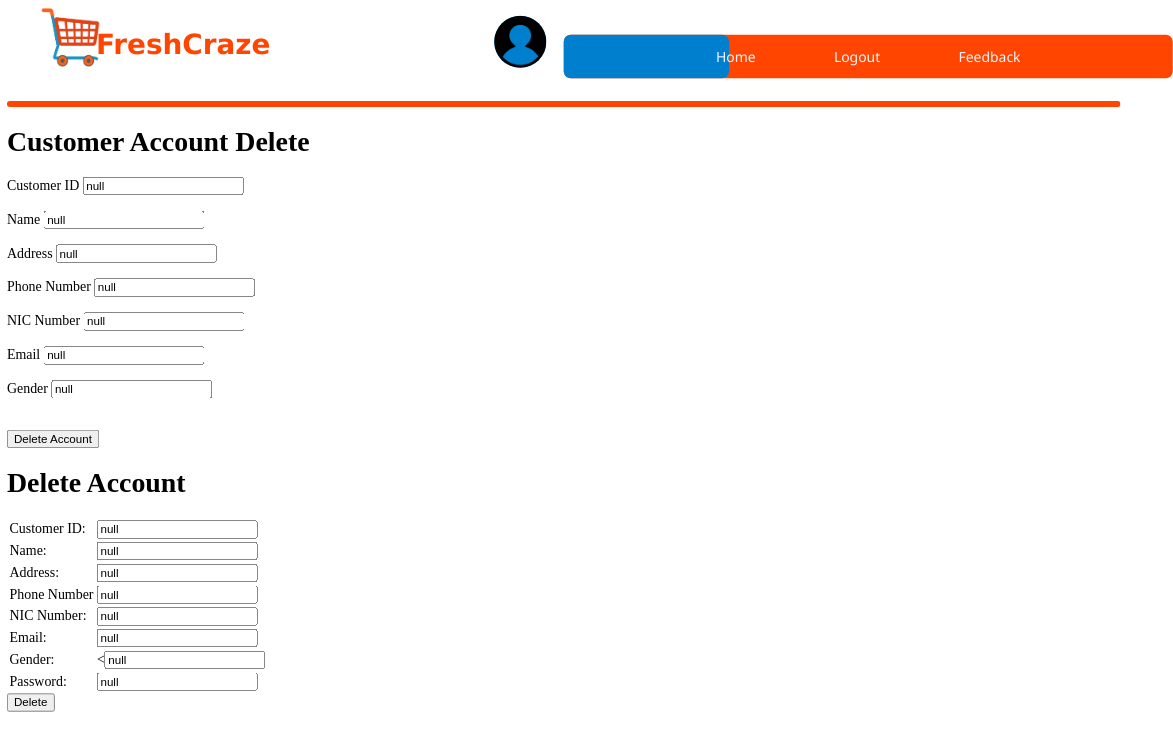
Repository: chamarac2002/FreshCraze
Page: http://localhost/CustomerDemo/deletecustomer.jsp
These files come from the project's save history. The page is drawn as it stood at one moment and after the next save; the edit follows.
The browser window is 1280 px wide. The page is 1348 px wide, so the pictures cover 1348 px, including what lies to the right of the window. The pictures show the whole page, at 87% of full size.
The page is served by Tomcat 9. Nobody is signed in. The application's start-up code is not run. Other server files are loaded and not shown.

Above is the page before, as saved 2024-05-11 07:48:39.

### CustomerDemo/src/main/webapp/deletecustomer.jsp
<%@ page language="java" contentType="text/html; charset=ISO-8859-1"
    pageEncoding="ISO-8859-1"%>
<!DOCTYPE html>
<html lang="en">
<head>
    <meta charset="UTF-8">
    <meta name="viewport" content="width=device-width, initial-scale=1.0">
    <title>Home Page</title>

    <link rel="stylesheet" href="Styles/deleteStyle.css">
</head>

<body>

<img src="images\logo.png" class="logo" >

<a href="profile.jsp">
<img src="images\user.png" class="user">
</a>

    <h1 class="logo_topic">FreshCraze</h1>

    <nav class="navbar">
        <a href="HomePageAL.jsp">Home</a>
        <a href="HomePage.jsp">Logout</a>
        <a href="link">Feedback</a>
        <span></span>
    </nav>

<hr class="topic_line">

	<%
		String id = request.getParameter("id");
		String name = request.getParameter("name");
		String address = request.getParameter("address");
		String phone = request.getParameter("phone");
		String nic = request.getParameter("nic");
		String email = request.getParameter("email");
		String gender = request.getParameter("gender");
		String password = request.getParameter("pass");
	%>

	<h1>Customer Account Delete</h1>

	<form action="delete" method="post">
		Customer ID <input type="text" name="id" value="<%= id %>" readonly><br><br>
		Name <input type="text" name="name" value="<%= name %>" readonly><br><br>
		Address <input type="text" name="address" value="<%= address %>"readonly><br><br>
		Phone Number <input type="tel" name="phone" value="<%= phone %>"readonly><br><br>
		NIC Number <input type="text" name="nic" value="<%= nic %>"readonly><br><br>
		Email <input type="email" name="email" value="<%= email %>"readonly><br><br>
		Gender <input type="text" name="gender" value="<%= gender %>"readonly><br><br><br>

		<input type="submit" name="submit" value="Delete Account">
	</form>



<h1 class = "head">Delete Account</h1>

<form action="update" method="post">
	<table class = "table">

   		<tbody>
        <tr>
			<td>Customer ID:</td>
			<td><input type="text" name="id" value="<%= id %>" readonly></td>
		</tr>
		<tr class="active-row">
			<td>Name:</td>
			<td><input type="text" name="name" value="<%= name %>" readonly></td>
		</tr>
		<tr>
			<td>Address:</td>
			<td><input type="text" name="address" value="<%= address %>" readonly></td>
		</tr>
		<tr class="active-row">
			<td>Phone Number</td>
			<td><input type="tel" name="phone" value="<%= phone %>" readonly></td>
		</tr>
		<tr>
			<td>NIC Number:</td>
			<td><input type="text" name="nic" value="<%= nic %>" readonly></td>
		</tr>
		<tr class="active-row">
			<td>Email:</td>
			<td><input type="email" name="email" value="<%= email %>" readonly></td>
		</tr>
		<tr>
			<td>Gender:</td>
			<td><<input type="text" name="gender" value="<%= gender %>"readonly></td>
		</tr>
		<tr class="active-row">
			<td>Password:</td>
			<td><input type="text" name="pass" value="<%= password %>" readonly></td>
		</tr>
    </tbody>
	</table>
	<input type="submit" name="submit" class="sub" value="Delete"><br><br><br>
</form>


























</body>
</html>

### CustomerDemo/src/main/webapp/Styles/deleteStyle.css
body{
    background-color: #ffffff;
    background-repeat: no-repeat;
    background-attachment: fixed;
    background-position: center;
    width: 100%;
}

.logo{
    width: 70px;
    height: 70px;
    margin-left: 3%;
}

.user{
    width: 60px;
    height: 60px;
    margin-left: 35%;
    background-color: rgb(0, 127, 206);
    border-radius: 30px;
}



.logo_topic{
    font-family: verdana;
    margin-left: 8%;
    margin-top: -3.9%;
    color: orangered;
}

.navbar{
    margin-left:50%;
    margin-top:-4%;
    padding: 0;
    box-sizing: border-box;
    font-family: 'Segoe UI';
    display: flex;
    justify-content:center;
    align-items: center;
    min-height: 5vh;

    position:relative;
    background-color: orangered;
    border-radius: 8px;
    width: 700px;
    height: 50px;
    display: flex;
}

nav a{
    position: relative;
    display: inline-block;
    font-size: 1em;
    font-weight: 500;
    color: aliceblue;
    text-decoration: none;
    padding: 45px;
    z-index: 1;
}

nav span{
    position: absolute;
    top: 0;
    left: 0;
    width: 190px;
    height: 100%;
    background-color:rgb(0, 127, 206);
    border-radius: 8px;
    transition: .3s;
}

nav a:nth-child(1):hover~span{
    left: 0;
    width: 190px;
}

nav a:nth-child(2):hover~span{
    left: 190px;
    width: 150px;
}

nav a:nth-child(3):hover~span{
    left:330px;
    width: 150px;
}

nav a:nth-child(4):hover~span{
    left: 470px;
    width: 230px;
}

.topic_line{
    border: none;
    margin-top: 2%;
    border-top: 7px solid orangered;
    border-radius: 10px;
}

.help_button{
    box-shadow:0 0 15px rgb(0, 127, 206),0 0 25px rgb(0, 127, 206);
    border: none;
    width: 160px;
    margin-left: 44%;
    font-family: 'Segoe UI';
    padding: 10px 12px;
    color: #ffffff;
    background-color:rgb(0, 127, 206);
    border-radius: 20px;
}

.help_button:hover{
    box-shadow: 0 0 25px rgb(0, 127, 206);
}

.fb_icon{
    margin-left: 560px;
    margin-top: 20px;
}

.insta_icon{
    margin-left: 660px;
    margin-top: -51px;
}

.yt_icon{
    margin-left: 760px;
    margin-top: -51px;
}

.twitt_icon{
    margin-left: 860px;
    margin-top: -51px;
}

.footer{
    height: 200px;
    background-color: orangered;
    padding-top: 40px;
    padding-left: 25px;
    border-radius: 10px;
}

.footer_line{
    border: none;
    margin-top: 3%;
    border-top: 7px solid orangered;
    border-radius: 10px;
}

.contacts{
    font-size: 8px;
    color:rgb(255, 255, 255);
    font-family: 'Segoe UI';
    margin-left: 40%;
    margin-top: -5%;
}

.link{
    font-size: 20px ;
    margin-top: -6%;
    margin-left: 7.5%;
}

After the next save:
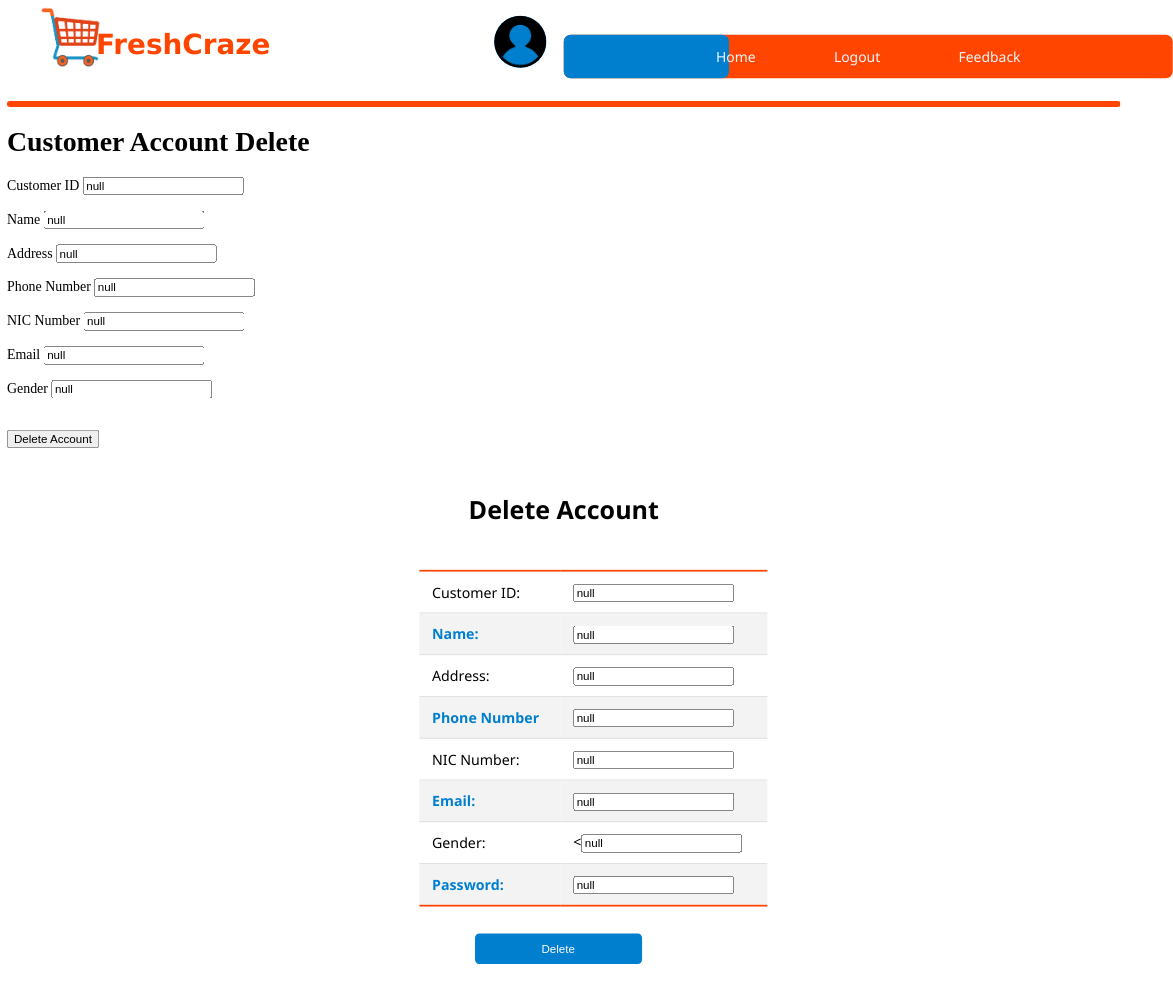
Saved 56 s later.
--- a/CustomerDemo/src/main/webapp/Styles/deleteStyle.css
+++ b/CustomerDemo/src/main/webapp/Styles/deleteStyle.css
@@ -161,3 +161,60 @@
     margin-top: -6%;
     margin-left: 7.5%;
 }
+
+.table {
+    border-collapse: collapse;
+    margin: 25px 0;
+    font-size: 1.02em;
+    font-family: 'Segoe UI';
+    min-width: 400px;
+    margin-left: 37%;
+    margin-top: 3%;
+}
+
+.head {
+	margin-top: 4%;
+    text-align: center;
+ 	margin-bottom: 50px;
+ 	font-family: 'Segoe UI';
+ 	font-size: 1.8em;
+}
+
+.table th,
+.table td {
+    padding: 12px 15px;
+}
+
+.table tbody tr {
+    border-bottom: 1px solid #dddddd;
+}
+
+.table tbody tr:nth-of-type(even) {
+    background-color: #f3f3f3;
+}
+
+.table tbody tr:last-of-type {
+    border-bottom: 2px solid orangered;
+}
+
+.table tbody tr:first-of-type {
+    border-top: 2px solid orangered;
+}
+
+.table tbody tr.active-row {
+    font-weight: bold;
+    color: rgb(0, 127, 206);
+}
+
+.sub {
+  	margin-left: 42%;
+    margin-top: 0.5%;
+    text-align: center;
+    color : #ffffff;
+  	width: 15%;
+	padding: 10px;
+ 	background-color: rgb(0, 127, 206);
+ 	border: none;
+ 	border-radius: 5px;
+ 	cursor: pointer;
+}
